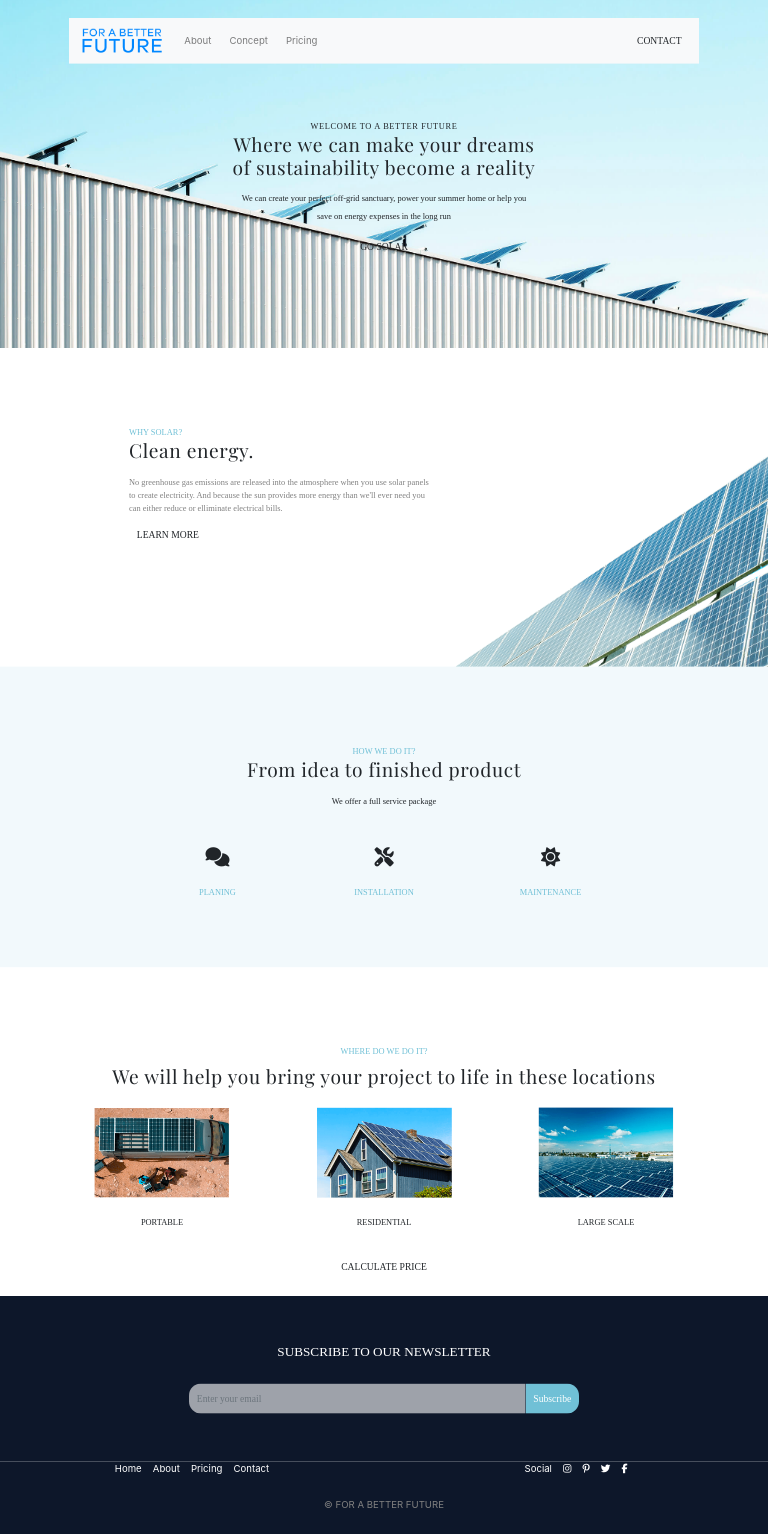
Repository: sabinemm/fabf
Page: index.html
The author's editor kept a record of every edit. The page is drawn from the files as they stood at one moment, then again after the next edit.
The browser window is 1280 px wide. The pictures show the whole page, at 60% of full size.
Backgrounds fixed to the window are drawn as part of the page. Some web fonts or font styles are not loaded; a fallback is used. Some web libraries are served in a nearby version.

Above is the page before.

### index.html
<!DOCTYPE html>
<html lang="en">

<head>
    <meta charset="UTF-8">
    <meta name="viewport" content="width=device-width, initial-scale=1.0">
    <meta http-equiv="X-UA-Compatible" content="ie=edge">
    <link rel="stylesheet" href="./style.css" type="text/css" />
    <link rel="stylesheet" href="https://stackpath.bootstrapcdn.com/bootstrap/4.3.1/css/bootstrap.min.css" integrity="sha384-ggOyR0iXCbMQv3Xipma34MD+dH/1fQ784/j6cY/iJTQUOhcWr7x9JvoRxT2MZw1T" crossorigin="anonymous">
    <link rel="stylesheet" media="screen" href="https://fontlibrary.org/face/roundo" type="text/css" />
    <link rel="stylesheet" media="screen" href="https://fontlibrary.org/face/source-sans-pro" type="text/css" />
    <link href="https://fonts.googleapis.com/css?family=Playfair+Display&display=swap" rel="stylesheet">

    <title>FOR A BETTER FUTURE</title>
</head>

<body>

    <!–-----– NAVBAR ------->

    <div class="container">
        <nav class="navbar navbar-fixed-top navbar-expand-lg navbar-light bg-light">
            <a class="navbar-brand" href="#">
              <img src="./assets/img/logo.svg" height="50px"alt="logo" class="logo">
            </a>
            <button class="navbar-toggler" type="button" data-toggle="collapse" data-target="#navbarText" aria-controls="navbarText" aria-expanded="false" aria-label="Toggle navigation">
                <span class="navbar-toggler-icon"></span>
             </button>
             <div class="collapse navbar-collapse justify-content-center" id="navbarText">
                    <ul class="navbar-nav mr-auto">
                        <li class="nav-item">
                            <a class="nav-link" href="#">About</a>
                        </li>
                        <li class="nav-item">
                            <a class="nav-link" href="#">Concept</a>
                        </li>
                        <li class="nav-item">
                            <a class="nav-link" href="#">Pricing</a>
                        </li>
                    </ul>
                    <span class="navbar-text">
                          <button type="button" class="btn btn-blue-border">CONTACT</button>
                    </span>
            </div>
        </nav>
    </div>

    <!–-----– FIRST SECTION ------->

    <section id="parallax">
        <div class="container">
            <div class="ltitle text-center">
                <p class="uppercase stitle">WELCOME TO A BETTER FUTURE</p>
                <h2> Where we can make your dreams <br> of sustainability become a reality </h2>
                <p class="tparagraph"> We can create your perfect off-grid sanctuary, power your summer home or help you <br> save on energy expenses in the long run</p>
                <button type="button" class="btn  btn-transp-white-border">GO SOLAR</button>
            </div>
        </div>
    </section>

    <!–-----– SECOND SECTION - WHY?------->

    <section id="clean">
        <div class="container container-fluid section-2">
            <div class="row">
                <div class="col col-md-6">
                    <p class="uppercase stitle stitle-blue">WHY SOLAR?</p>
                    <h2 class="ltitle ltitle2"> Clean energy.</h2>
                    <p class="tparagraph tparagraph2"> No greenhouse gas emissions are released into the atmosphere when you use solar panels to create electricity. And because the sun provides more energy than we'll ever need you can either reduce or elliminate electrical bills. </p>
                    <button type="button" class="btn btn-blue-border">LEARN MORE</button>

                </div>
            </div>

            <div class="container">
                <div class="col col-md-6 offset-md-6">
                    <img src="./assets/img/sidepanel.png" class="sidepanel img-responsive"></img>
                </div>
            </div>
        </div>

    </section>

    <!–-----– THIRD SECTION - HOW? ------->

    <section id="idea">
        <div class="idea-title text-center">
            <p class="uppercase stitle stitle-blue">HOW WE DO IT?</p>
            <h2 class="ltitle ltitle2"> From idea to finished product</h2>
            <p class="tparagraph">We offer a full service package</p>

        </div>
        <div class="container container-fluid ">
            <div class="row m-auto text-center justify-content-center">
                <div class=" col-sm-3 col-md-3">
                    <div class="icon-an"><i class="fas fa-comments fa-2x"></i></div>
                    <p class="uppercase stitle stitle-blue stitlen">PLANING</p>
                </div>
                <div class="col-sm-3 col-md-3">
                    <div class="icon-an"><i class="fas fa-tools fa-2x"></i></div>
                    <p class="uppercase stitle stitle-blue stitlen">INSTALLATION</p>
                </div>
                <div class="col-sm-3 col-md-3">
                    <div class="icon-an"><i class="fas fa-sun fa-2x"></i></div>
                    <p class="uppercase stitle stitle-blue stitlen">MAINTENANCE</p>
                </div>
            </div>

        </div>

    </section>

    <!–-----– FOURTH SECTION - WHERE ------->

    <section id="where">
        <div class=" text-center">
            <p class="uppercase stitle stitle-blue">WHERE DO WE DO IT?</p>
            <h2 class="ltitle wheretitle">We will help you bring your project to life in these locations</h2>


        </div>
        <div class="container container-fluid ">
            <div class="row m-auto text-center justify-content-center">
                <div class=" col-sm-12  col-md-4">
                    <img class="whereimg" src="./assets/img/portable.png"></img>
                    <p class="uppercase stitle stitlen">PORTABLE</p>
                </div>
                <div class="col-sm-12 col-md-4">
                    <img class="whereimg" src="./assets/img/residential.png"></img>
                    <p class="uppercase stitle stitlen">RESIDENTIAL</p>
                </div>
                <div class="col-sm-12 col-md-4">
                    <img class="whereimg" src="./assets/img/large.png"></img>
                    <p class="uppercase stitle stitlen">LARGE SCALE</p>
                </div>
            </div>

        </div>

        <div class="container-fluid">
            <div class="row">
                <div class="col text-center">
                    <button  href="#" type="button" class="btn btn-blue-border ">CALCULATE PRICE</button>
                </div>
            </div>
        </div>


    </section>

    <!–-----– FOOTER ------->

    <section class="home-newsletter">
        <div class="container">
            <div class="row">
                <div class="col-sm-12">
                    <div class="single">
                        <h2>Subscribe to our Newsletter</h2>
                        <div class="input-group">
                            <input type="email" class="form-control" placeholder="Enter your email">
                            <span class="input-group-btn">
         <button class="btn btn-theme" type="submit">Subscribe</button>
         </span>
                        </div>
                    </div>
                </div>
            </div>
        </div>
    </section>

    <section class="footer text-center">
        <div class="container-fluid">
            <div class="row">
                <div class="col-sm-6">
                    <ul class="list-unstyled">
                        <li  class="footer-item"><a href="index.html">Home</a></li>
                        <li  class="footer-item"><a href="#">About</a></li>
                        <li  class="footer-item"><a href="#">Pricing</a></li>
                        <li  class="footer-item"><a href="#">Contact</a></li>

                    </ul>
                </div>
                <div class="col-sm-6">
                    <ul class="list-unstyled">
                    <li class="footer-item">Social</li>
                    <li class="footer-item social-icon" ><a href="#"><i class="fab fa-instagram "></i></a> </li>
                    <li class="footer-item social-icon"><a href="#"><i class="fab fa-pinterest-p "></i></a> </li>
                    <li class="footer-item social-icon" ><a href="#"><i class="fab fa-twitter"></i> </a></li>
                    <li class="footer-item social-icon"><a href="#"><i class="fab fa-facebook-f"></i> </a></li>
                    </ul>
                </div>
            </div>
            <div class="row">
                <div class="col-sm-12">
                    <div class="footer-copyright">
                        <p>© FOR A BETTER FUTURE</p>
                    </div>
                </div>
            </div>
        </div>
    </section>

 <script src="//code.jquery.com/jquery-1.11.1.min.js"></script>
  <script src="//maxcdn.bootstrapcdn.com/bootstrap/3.3.0/js/bootstrap.min.js"></script>
  <script src="https://kit.fontawesome.com/7e530e9396.js"></script>


</body>
</html>

### style.css
/*-------------------navbar------------------*/

.navbar {
    margin-top: 30px;
    margin-left: 30px;
    margin-right: 30px;

}

@media (max-width:536px) {
    .navbar {
        margin-top: 15px;
        margin-left: 10px;
        margin-right: 10px;
    }
}


/*-------------------Buttons------------------*/

.btn-transp-white-border,
.btn-transp-white-border:hover,
.btn-transp-white-border:active,
.btn-transp-white-border:visited,
.btn-transp-white-border:active:focus,
.btn-transp-white-border:focus {
    background-color: rgba(0, 0, 0, 0);
    border: solid 3px white;
    border-radius: 30px;
    color: black;
    text-align: center;
    text-decoration: none;
    display: inline-block;
    font-size: 20px;
    font-family: 'SourceSansProRegular';
    padding-left: 25px;
    padding-right: 25px;
}


.btn-transp-white-border:hover {
    background-color: rgba(255, 255, 255, 0.5);
    padding-left: 25px;
    padding-right: 25px;
}


.btn-blue-border,
.btn-blue-border:active,
.btn-blue-border:visited,
.btn-blue-border:active:focus,
.btn-blue-border:focus {
    background-color: rgba(0, 0, 0, 0);
    border: solid 3px rgb(112, 192, 214);
    border-radius: 30px;
    color: black;
    text-align: center;
    text-decoration: none;
    display: inline-block;
    font-size: 20px;
    font-family: 'SourceSansProRegular';
    padding-left: 25px;
    padding-right: 25px;

}

.btn-blue-border:hover {
    background-color: rgba(112, 192, 214, 0.5) !important;
    padding-left: 25px;
    padding-right: 25px;
}


/*-------------------SECTION 1 PAGE 1------------------*/

#parallax {
    background: url(./assets/img/1page1section.jpg);
    background-attachment: fixed;
    background-position: bottom;
    background-repeat: no-repeat;
    background-size: cover;
    margin-top: -110px;
}

@media (max-width:536px) {
    #parallax {
        margin-top: -110px;
    }
}

.stitle {
    font-size: 14px;
    font-family: 'RoundoRegular';
    font-weight: 500;
    font-style: normal;
    margin-bottom: -5px;
}

.ltitle {
    padding-top: 200px;
    font-family: 'Playfair Display';
    letter-spacing: 1px;
    line-height: 30px;
    padding-bottom: 150px;
}

@media (max-width:768px) {
    .ltitle {
        padding-top: 150px;
        padding-bottom: 100px;
    }
}

.tparagraph {
    padding-top: 10px;
    font-family: 'SourceSansProRegular';
    font-weight: normal;
    font-style: normal;
    font-size: 14px;
    letter-spacing: 0;
}

@media (max-width:768px) {
    br {
        display: none !important;
        visibility: hidden;
    }
}

/*-------------------SECTION 2 PAGE 1 WHY------------------*/

#clean {
    padding-left: 0;
}

@media (min-width:768px) {
    #clean {
        padding-left: 200px;
    }
}


.stitle-blue {
    color: rgb(112, 192, 214);
    padding-top: 70px;

}

@media (min-width:768px) {
    .stitle-blue {
        padding-top: 130px;
    }
}

.ltitle2 {
    padding-top: 10px;
    padding-bottom: 10px;
}

.tparagraph2 {
    color: gray;

}

.section-2 {
    padding-bottom: 100px;
}

.sidepanel {
    position: relative;
    float: right;
    height: 400px;
    margin-top: -150px;
    margin-right: -45px;
    z-index: -1;
}

/*-------------------SECTION 3 PAGE 1 HOW------------------*/

#idea {
    background-color: rgb(242, 249, 252);
    padding-bottom: 70px;
}

.idea-title {
    ;
    padding-bottom: 50px;
    margin-top: 100px;
}

.stitlen {
    padding-top: 30px;
    padding-bottom: 50px;
}

.icon-an {
    -webkit-transition: all 0.5s ease-in-out;
    -moz-transition: all 0.5s ease-in-out;
    -ms-transition: all 0.5s ease-in-out;
    transition: all 0.5s ease-in-out;
}

.icon-an:hover {
    -webkit-transform: rotate(-20deg);
    -moz-transform: rotate(-20deg);
    -ms-transform: rotate(-20deg);
    transform: rotate(-20deg);
}

/*-------------------SECTION 4 PAGE 1 WHERE------------------*/

.whereimg {
    height: 150px;
}

.wheretitle {
    padding-top: 20px;
    padding-bottom: 30px;
}


#where {
    padding-bottom: 30px;
}

/*-------------------FOOTER SUBSCRIPTION BOX------------------*/

.home-newsletter {
    padding: 80px 0;
    background: #0D172A;
}

.home-newsletter .single {
    max-width: 650px;
    margin: 0 auto;
    text-align: center;
    position: relative;
    z-index: 2;
    font-family: 'SourceSansProRegular';
}

.home-newsletter .single h2 {
    font-size: 22px;
    color: white;
    text-transform: uppercase;
    margin-bottom: 40px;

}

.home-newsletter .single .form-control {
    height: 50px;
    background: rgba(255, 255, 255, 0.6);
    border-color: transparent;
    border-radius: 20px 0 0 20px;

}

.home-newsletter .single .form-control:focus {
    box-shadow: none;
    border-color: #243c4f;

}

.home-newsletter .single .btn {
    min-height: 50px;
    border-radius: 0 20px 20px 0;
    background: rgb(112, 192, 214);
    color: #fff;
}


/*-------------------FOOTER SOCIAL------------------*/

.footer-item {
    display: inline-block;
}

ul {
    list-style-type: none;
}

li {
    padding-left: 7px;
    padding-right: 7px;
    color: white;
}

.footer {
    background-color: #0D172A;
}


.footer-copyright {
    color: grey;
    padding-top: 20px;
    padding-bottom: 20px;
}



a:link {
    color: white;
    -webkit-transition: all 0.3s ease-in-out;
    -moz-transition: all 0.3s ease-in-out;
    -ms-transition: all 0.3s ease-in-out;
    transition: all 0.3s ease-in-out;
}

a:visited {
    color: grey;
}

a:hover {
    color: rgb(112, 192, 214) !important;
    text-decoration: none !important;
}

a:active {
    color: rgb(112, 192, 214);
    text-decoration: none !important;
}

After the next edit:
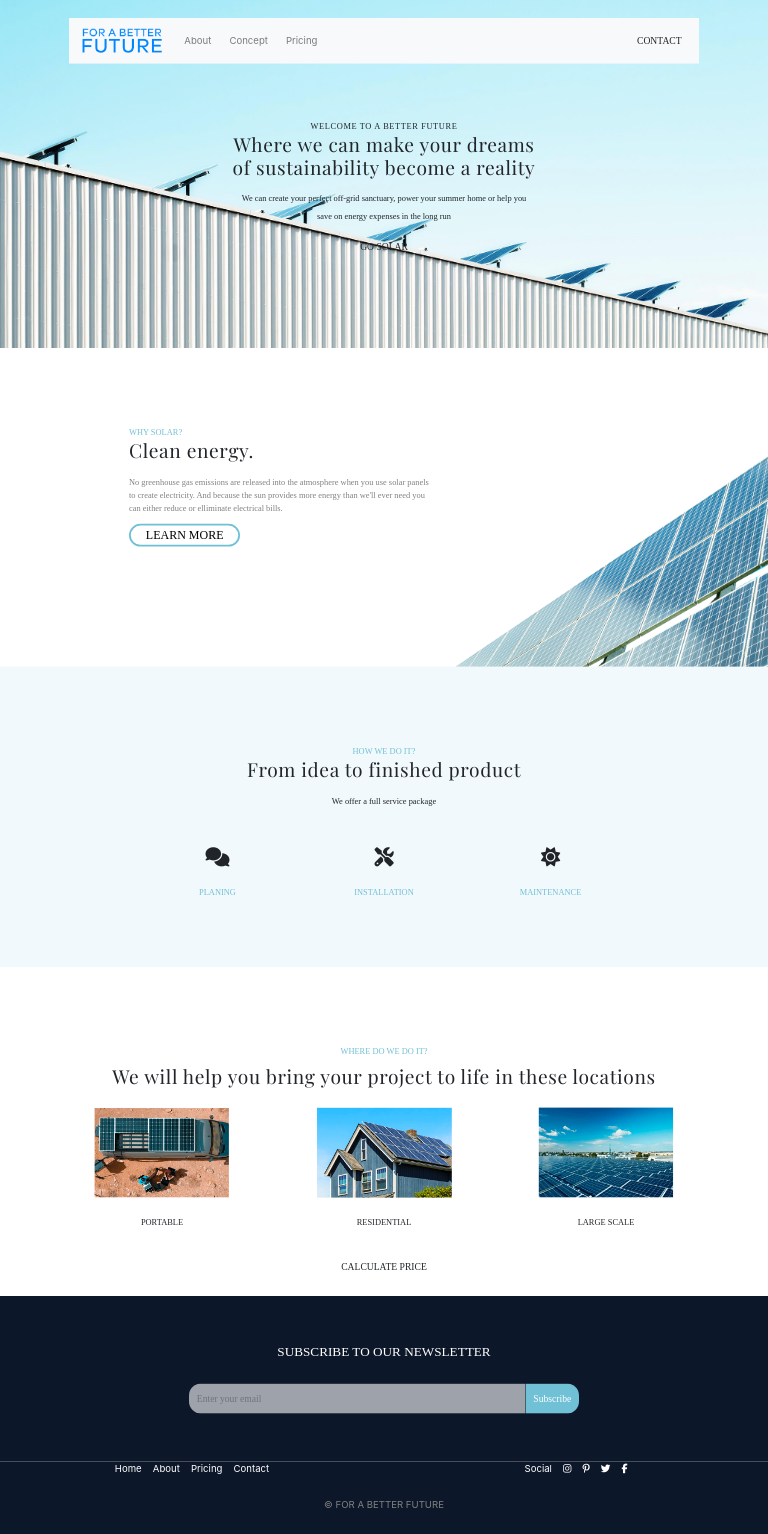
The edit:
--- a/index.html
+++ b/index.html
@@ -67,7 +67,7 @@
                     <p class="uppercase stitle stitle-blue">WHY SOLAR?</p>
                     <h2 class="ltitle ltitle2"> Clean energy.</h2>
                     <p class="tparagraph tparagraph2"> No greenhouse gas emissions are released into the atmosphere when you use solar panels to create electricity. And because the sun provides more energy than we'll ever need you can either reduce or elliminate electrical bills. </p>
-                    <button type="button" class="btn btn-blue-border">LEARN MORE</button>
+                    <button type="button" class=" btn-blue-border">LEARN MORE</button>
 
                 </div>
             </div>
